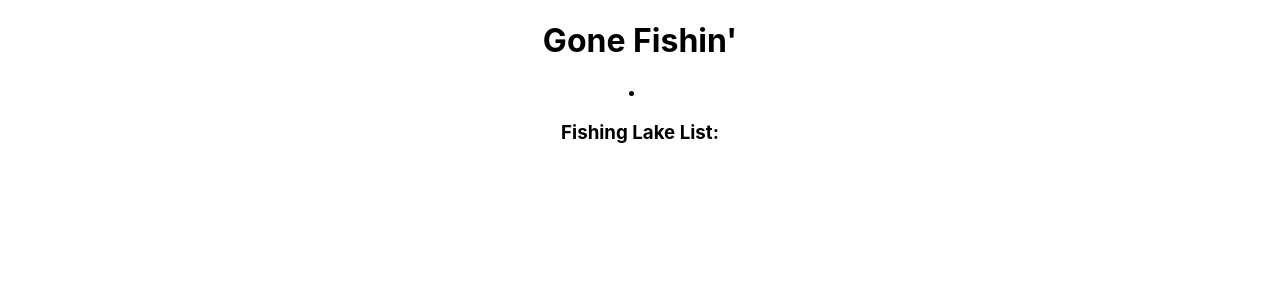
Repository: randysteele/gonefishin-frontend
Page: /destinations (app in gone-fishin-frontend/)
The author's editor kept a copy of each file at every save. The page is drawn from the files as they stood at one save, then again after the next save.
The browser window is 1280 px wide. The pictures show the whole page.
The page's requests for data from a server got no answer. The project was rebuilt for these pictures with package versions that can differ from the ones it lists, and the page was loaded fresh each time. No one was signed in, and anything a server would have sent is missing. Also part of the build but not shown: gone-fishin-frontend/src/actions/addDestination.js, gone-fishin-frontend/src/components/DestinationsInput.js, gone-fishin-frontend/src/actions/addFeature.js, gone-fishin-frontend/src/components/FeaturesInput.js, gone-fishin-frontend/src/actions/deleteFeature.js, gone-fishin-frontend/src/components/FeaturesList.js, gone-fishin-frontend/src/containers/FeaturesContainer.js, gone-fishin-frontend/src/actions/editDestination.js and 7 more.

Above is the page before, as saved 2020-08-09 13:33:01.

### gone-fishin-frontend/public/index.html
<!DOCTYPE html>
<html lang="en">
  <head>
    <meta charset="utf-8" />
    <link rel="icon" href="%PUBLIC_URL%/favicon.ico" />
    <meta name="viewport" content="width=device-width, initial-scale=1" />
    <meta name="theme-color" content="#000000" />
    <meta
      name="description"
      content="Web site created using create-react-app"
    />
    <link rel="apple-touch-icon" href="%PUBLIC_URL%/logo192.png" />
    <!--
      manifest.json provides metadata used when your web app is installed on a
      user's mobile device or desktop. See https://developers.google.com/web/fundamentals/web-app-manifest/
    -->
    <link rel="manifest" href="%PUBLIC_URL%/manifest.json" />
    <!--
      Notice the use of %PUBLIC_URL% in the tags above.
      It will be replaced with the URL of the `public` folder during the build.
      Only files inside the `public` folder can be referenced from the HTML.

      Unlike "/favicon.ico" or "favicon.ico", "%PUBLIC_URL%/favicon.ico" will
      work correctly both with client-side routing and a non-root public URL.
      Learn how to configure a non-root public URL by running `npm run build`.
    -->
    <title>Gone Fishin</title>
  </head>
  <body>
    <noscript>You need to enable JavaScript to run this app.</noscript>
    <div id="root"></div>
    <!--
      This HTML file is a template.
      If you open it directly in the browser, you will see an empty page.

      You can add webfonts, meta tags, or analytics to this file.
      The build step will place the bundled scripts into the <body> tag.

      To begin the development, run `npm start` or `yarn start`.
      To create a production bundle, use `npm run build` or `yarn build`.
    -->
  </body>
</html>

### gone-fishin-frontend/src/index.js
import React from 'react';
import ReactDOM from 'react-dom';
import './index.css';
import App from './App';
import * as serviceWorker from './serviceWorker';
import { Provider } from 'react-redux';
import destinations from './reducers/destinations'
import thunk from 'redux-thunk'
import { createStore, applyMiddleware, compose} from 'redux'
import {BrowserRouter as Router} from 'react-router-dom'


const composeEnhancer = window.__REDUX_DEVTOOLS_EXTENSION_COMPOSE__ || compose;

const store = createStore(destinations, composeEnhancer(applyMiddleware(thunk)))

ReactDOM.render(
<Provider store={store}>
<Router>
<App />
</Router>
</Provider>,
document.getElementById('root')
);

// If you want your app to work offline and load faster, you can change
// unregister() to register() below. Note this comes with some pitfalls.
// Learn more about service workers: https://bit.ly/CRA-PWA
serviceWorker.unregister();

### gone-fishin-frontend/src/App.js
import React from 'react';
import './App.css';
// import {connect} from 'react-redux'
import DestinationsContainer from './containers/DestinationsContainer'
// import DestinationsInput from './components/DestinationsInput';
// import DestinationsList from './components/DestinationsList';
//import {fetchDestinations} from './actions/fetchDestinations'



class App extends React.Component {

  componentDidMount() {
    fetch('http://localhost:3000/api/v1/destinations/')
    .then(response => response.json())
    .then(data => console.log(data))
  }


  render(){
    return(
      <div className="App" >
        <h1>Gone Fishin'</h1>
      <DestinationsContainer />



      </div>
    )
  }
}

export default App

### gone-fishin-frontend/src/reducers/destinations.js

export default function destinations(state = {destinations: []}, action) {
    //debugger
    switch(action.type){
    case 'FETCH_DESTINATIONS':
      return {destinations: action.payload}
    case 'ADD_FEATURE':
      let destinations = state.destinations.map(destination => {
        if (destination.id === action.payload.id) {
         return action.payload
        } else {
          return destination
        }
      })
      return {...state, destinations: destinations}
      case 'DELETE_FEATURE':
         // debugger
        let destinationss = state.destinations.map(destination => {
            if (destination.id === action.payload.id) {
             return action.payload
            } else {
              return destination
            }
          })
          return {...state, destinations: destinationss}
      case 'EDIT_DESTINATION':
        let destinationsss = state.destinations.map(destination => {
            if (destination.id === action.payload.id) {
             return action.payload
            } else {
              return destination
            }
          })
          return {...state, destinations: destinationsss}

          case 'ADD_COMMENT':
            let destinationForComments = state.destinations.map(destination => {
              if (destination.id === action.payload.id) {
               return action.payload
              } else {
                return destination
              }
            })
            return {...state, destinations: destinationForComments}

    default:
    return state
    }
}

### gone-fishin-frontend/src/containers/DestinationsContainer.js
// a container should render other components and pass them data if needed
// they are typically class components
import React from 'react'
import {connect} from 'react-redux'
import {fetchDestinations} from '../actions/fetchDestinations'
import DestinationsList from  '../components/DestinationsList'
import DestinationsInput from '../components/DestinationsInput'
import DestinationShow from  '../components/DestinationShow'
import {Route, Switch} from 'react-router-dom'
import Navbar from '../components/Navbar'




class DestinationsContainer extends React.Component {


    componentDidMount(){
      this.props.fetchDestinations()
    }

    render(){
      return (
        <div>
          <Switch>
         <Route  path='/destinations/new' component={DestinationsInput}/>
         <Route  path='/destinations/:id'  render={(routerProps) => <DestinationShow {...routerProps} destinations={this.props.destinations}/>}/>
         <Route  exact path='/destinations' render={(routerProps) => <DestinationsList {...routerProps} destinations={this.props.destinations}/>}/>
         </Switch><br></br>

        </div>
      )

       }
    }
const mapStateToProps = state => {
    return {
        destinations: state.destinations
    }
}
export default connect(mapStateToProps, {fetchDestinations})(DestinationsContainer);

### gone-fishin-frontend/src/actions/fetchDestinations.js


export function fetchDestinations() {
  return (dispatch) => {
   fetch("http://localhost:3000/api/v1/destinations/")
    .then(response => response.json())
    .then(destinations => dispatch({
      type: 'FETCH_DESTINATIONS',
       payload: destinations
    }))
  }
}

### gone-fishin-frontend/src/components/DestinationsList.js
import React from 'react'
// import DestinationsContainer from '../containers/DestinationsContainer'
// import DestinationShow from './DestinationShow'
import {Route, Link} from 'react-router-dom'



const DestinationsList = (props) => {

    return (

        <li>
  <h3>Fishing Lake List: </h3>{props.destinations.map(dest => <h5><li  key={dest.id}>Lake Name:<Link to={`/destinations/${dest.id}`}>{dest.name}</Link>  <br></br> City: {dest.city} <br></br> State: {dest.state} <br></br> Description: {dest.description}</li></h5>)}
   </li>


    )
}

export default DestinationsList

### gone-fishin-frontend/src/components/Navbar.js
import React from 'react'
import {Link} from 'react-router-dom'

const Navbar = (props) => {

    return (
        <div>
            <Link to='/destinations' style={{paddingRight: '10px'}}>Destinations</Link>
            <Link to='/destinations/new'>Add Destination!</Link>
        </div>
    )
}
export default Navbar

Loaded but not shown: gone-fishin-frontend/src/index.css (common file); gone-fishin-frontend/src/serviceWorker.js (common file); gone-fishin-frontend/src/App.css (common file)

After the next save:
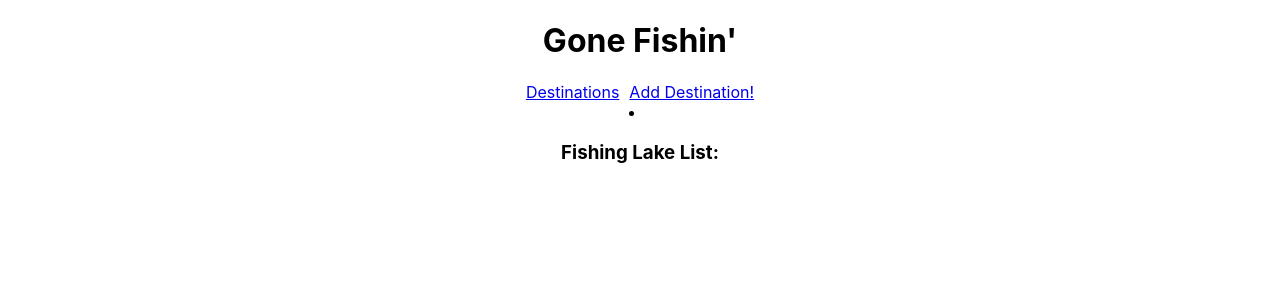
Saved 70 s later.
--- a/gone-fishin-frontend/src/containers/DestinationsContainer.js
+++ b/gone-fishin-frontend/src/containers/DestinationsContainer.js
@@ -22,6 +22,7 @@ class DestinationsContainer extends React.Component {
     render(){
       return (
         <div>
+          <Navbar/>
           <Switch>
          <Route  path='/destinations/new' component={DestinationsInput}/>
          <Route  path='/destinations/:id'  render={(routerProps) => <DestinationShow {...routerProps} destinations={this.props.destinations}/>}/>
